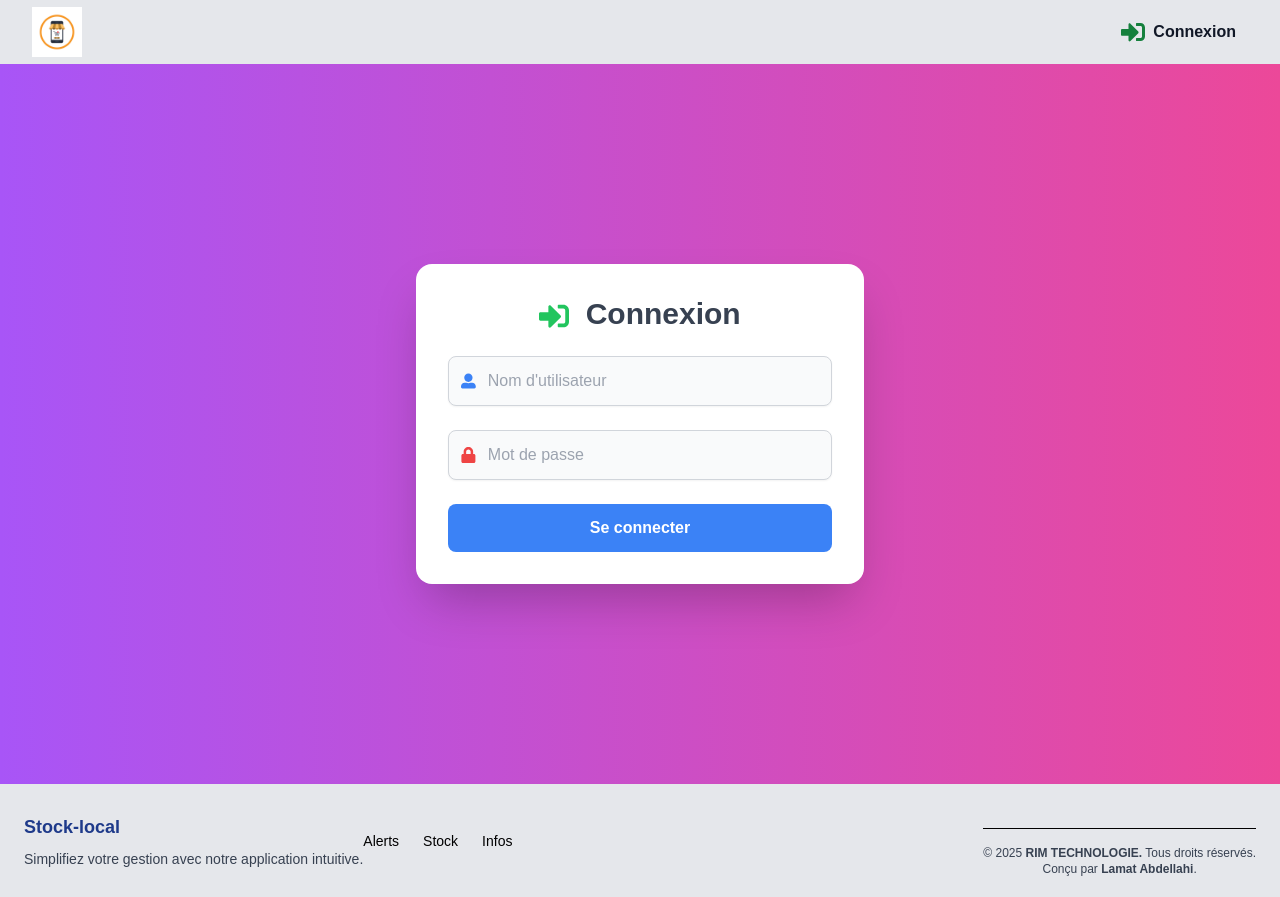
Repository: lamatmed/stock-mr
Page: /login
An editor plug-in stored every save of this project. The page is shown before and after the next save, followed by the edit.
The browser window is 1280 px wide. The pictures show the whole page.
The page's requests for data from a server got no answer. The project was rebuilt for these pictures with package versions that can differ from the ones it lists, and the page was loaded fresh each time. Some packages were replaced by stand-ins written for this rebuild. The framework's server and built-in components were replaced by stand-ins that run in the browser. No one was signed in, and anything a server would have sent is missing. Also part of the build but not shown: next.config.ts, app/components/Loader.tsx.

Above is the page before, as saved 2025-04-14 19:19:35.

After the next save:
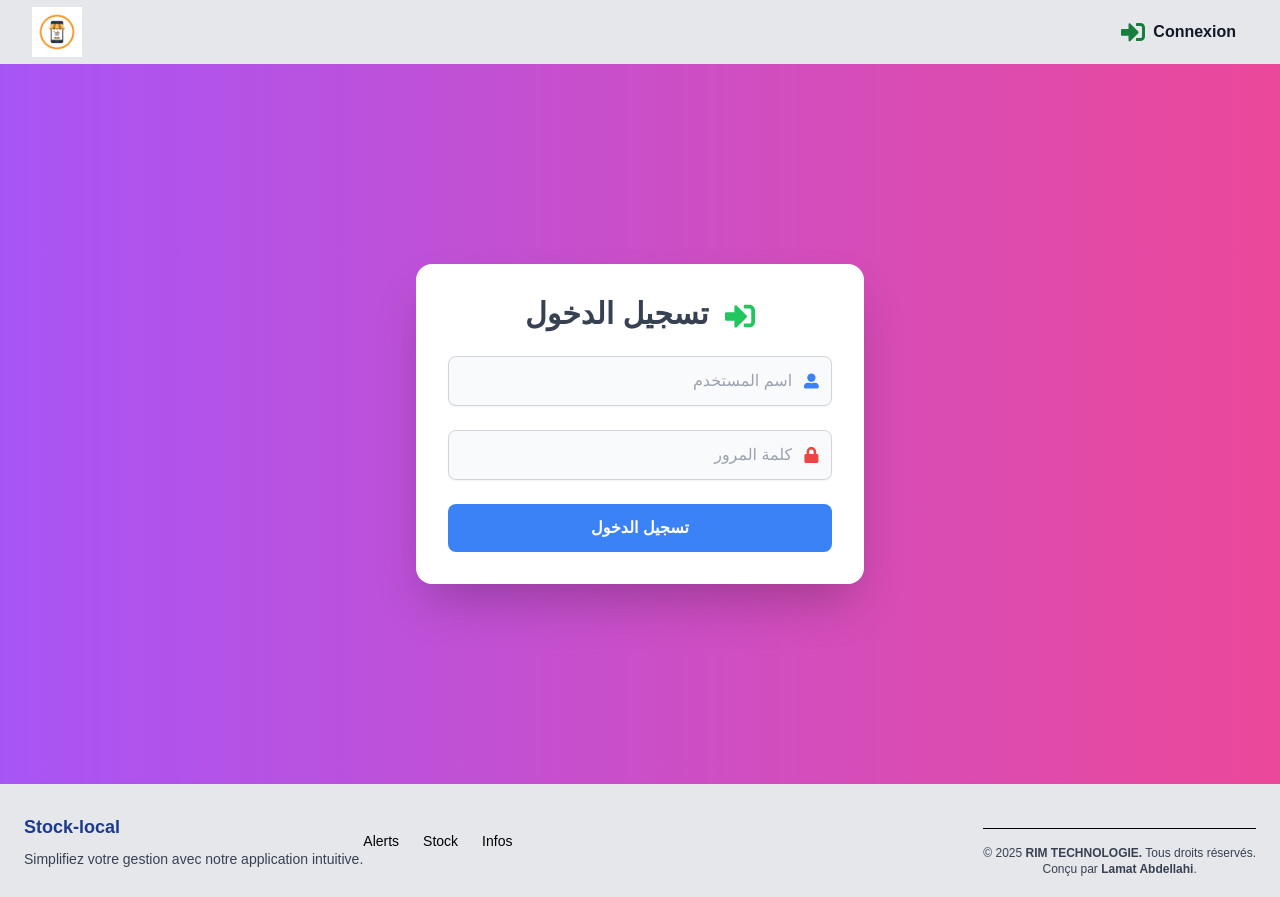
Saved 2 min 27 s later.
--- a/app/login/page.tsx
+++ b/app/login/page.tsx
@@ -28,7 +28,7 @@ const Login = () => {
           }
         }
       } catch (error) {
-        console.error("Erreur lors de la récupération de l'utilisateur :", error);
+        console.error("خطأ أثناء جلب المستخدم :", error);
       }
     };
     fetchUser();
@@ -37,7 +37,7 @@ const Login = () => {
   const notify = (message: string, type: 'success' | 'error') => {
     Swal.fire({
       icon: type,
-      title: type === 'success' ? 'Succès' : 'Erreur',
+      title: type === 'success' ? 'نجاح' : 'خطأ',
       text: message,
       confirmButtonColor: type === 'success' ? '#28a745' : '#dc3545',
     });
@@ -50,22 +50,22 @@ const Login = () => {
     try {
       const result = await loginUser(nom, password);
       if (result.success) {
-        notify('Connexion réussie!', 'success');
+        notify('تم تسجيل الدخول بنجاح!', 'success');
         router.push('/sales');
       } else {
-        setError(result.error || 'Une erreur est survenue');
-        notify(result.error || 'Une erreur est survenue', 'error');
+        setError(result.error || 'حدث خطأ ما');
+        notify(result.error || 'حدث خطأ ما', 'error');
       }
     } catch (err) {
-      setError('Erreur lors de la connexion.');
-      notify('Erreur lors de la connexion.', 'error');
+      setError('حدث خطأ أثناء تسجيل الدخول.');
+      notify('حدث خطأ أثناء تسجيل الدخول.', 'error');
     } finally {
       setLoading(false);
     }
   };
 
   return (
-    <div className="flex items-center justify-center min-h-screen bg-gradient-to-r from-purple-500 to-pink-500">
+    <div dir="rtl" className="flex items-center justify-center min-h-screen bg-gradient-to-r from-purple-500 to-pink-500">
       <motion.div
         initial={{ opacity: 0, scale: 0.9 }}
         animate={{ opacity: 1, scale: 1 }}
@@ -73,7 +73,7 @@ const Login = () => {
         className="w-full max-w-md p-8 bg-white shadow-2xl rounded-2xl"
       >
         <h1 className="text-3xl font-semibold text-center text-gray-700 mb-6">
-          <FaSignInAlt className="inline mr-2 text-green-500" /> Connexion
+          <FaSignInAlt className="inline ml-2 text-green-500" /> تسجيل الدخول
         </h1>
         {loading ? (
           <Loader />
@@ -85,14 +85,14 @@ const Login = () => {
               transition={{ duration: 0.4, ease: "easeOut" }}
               className="flex items-center border border-gray-300 p-3 rounded-lg shadow-sm bg-gray-50"
             >
-              <FaUserAlt className="text-blue-500 mr-3" />
+              <FaUserAlt className="text-blue-500 ml-3" />
               <input
                 type="text"
                 value={nom}
                 onChange={(e) => setNom(e.target.value)}
                 required
-                placeholder="Nom d'utilisateur"
-                className="w-full bg-transparent outline-none text-gray-700 placeholder-gray-400"
+                placeholder="اسم المستخدم"
+                className="w-full bg-transparent outline-none text-gray-700 placeholder-gray-400 text-right"
               />
             </motion.div>
             <motion.div
@@ -101,14 +101,14 @@ const Login = () => {
               transition={{ duration: 0.5, ease: "easeOut" }}
               className="flex items-center border border-gray-300 p-3 rounded-lg shadow-sm bg-gray-50"
             >
-              <FaLock className="text-red-500 mr-3" />
+              <FaLock className="text-red-500 ml-3" />
               <input
                 type="password"
                 value={password}
                 onChange={(e) => setPassword(e.target.value)}
                 required
-                placeholder="Mot de passe"
-                className="w-full bg-transparent outline-none text-gray-700 placeholder-gray-400"
+                placeholder="كلمة المرور"
+                className="w-full bg-transparent outline-none text-gray-700 placeholder-gray-400 text-right"
               />
             </motion.div>
             {error && <p className="text-red-500 text-center">{error}</p>}
@@ -119,7 +119,7 @@ const Login = () => {
               className="w-full py-3 bg-blue-500 text-white font-semibold rounded-lg hover:bg-blue-600 transition"
               disabled={loading}
             >
-              {loading ? 'Connexion...' : 'Se connecter'}
+              {loading ? 'جاري تسجيل الدخول...' : 'تسجيل الدخول'}
             </motion.button>
           </form>
         )}
